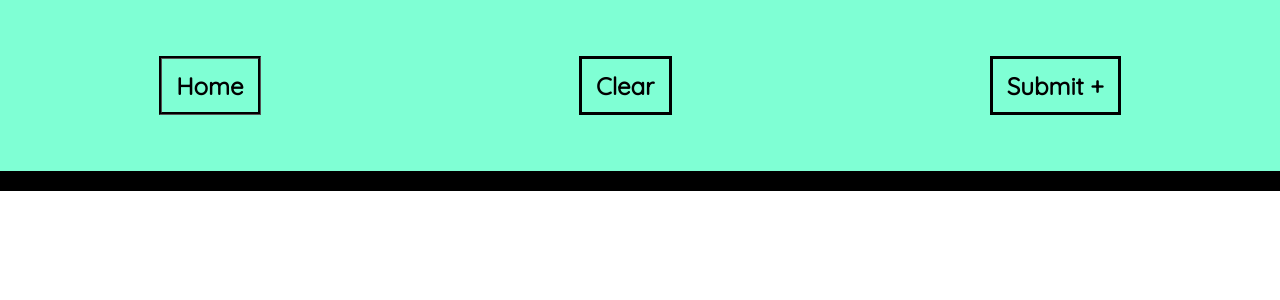
Repository: rickypcyt/WebMural
Page: /
An editor plug-in stored every save of this project. The page is shown before and after the next save, followed by the edit.
The browser window is 1280 px wide. The pictures show the whole page.
The pointer rests on the first visible `.oli`.
The project was rebuilt for these pictures with package versions that can differ from the ones it lists, and the page was loaded fresh each time.

Above is the page before, as saved 2022-09-12 13:31:10.

After the next save:
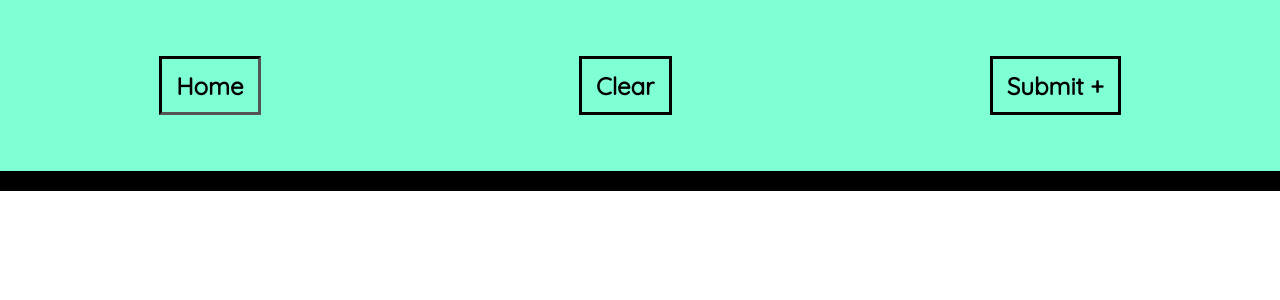
Saved 7 s later.
--- a/src/index.css
+++ b/src/index.css
@@ -70,7 +70,7 @@ ol {
 }
 .oli:hover {
   color: black;
-  border-style: groove;
+  border-style: inset;
   border-color: black;
 }
 .page {
